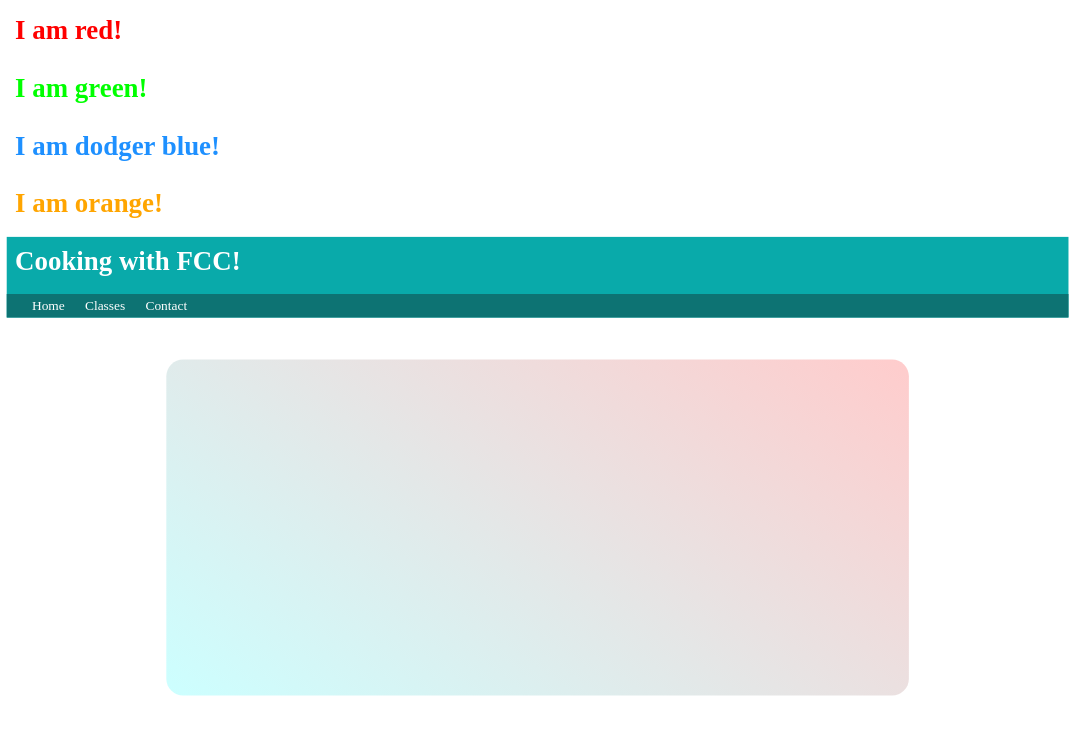
Repository: betsya97/freeCodeCamp_WebBasics
Page: html/colors.html
The author's editor kept a copy of each file at every save. The page is drawn from the files as they stood at one save, then again after a run of saves.
The browser window is 1280 px wide. The pictures show the whole page, at 84% of full size.

Above is the page before, as saved 2021-03-07 23:16:07.

After the next 3 saves:
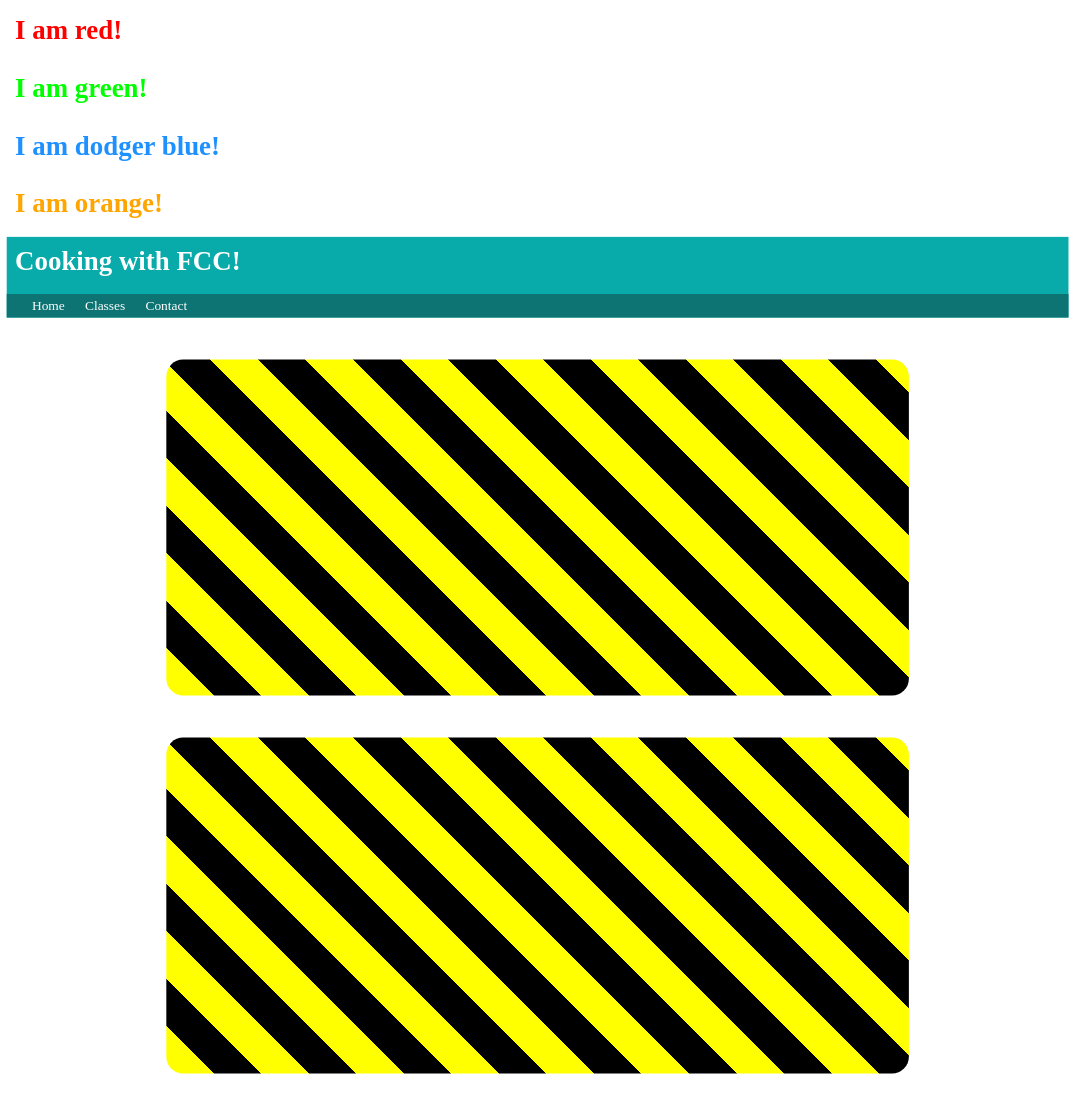
The 3 saves are shown as one change because they came seconds apart.
The last was saved 108 s later.
--- a/html/colors.html
+++ b/html/colors.html
@@ -80,3 +80,23 @@
 </style>
 
 <div></div>
+
+<style>
+
+  div{
+    border-radius: 20px;
+    width: 70%;
+    height: 400px;
+    margin:  50 auto;
+    background: repeating-linear-gradient(
+      45deg,
+      yellow 0px,
+      yellow 40px,
+      black 40px,
+      black 80px
+    );
+  }
+
+</style>
+
+<div></div>
